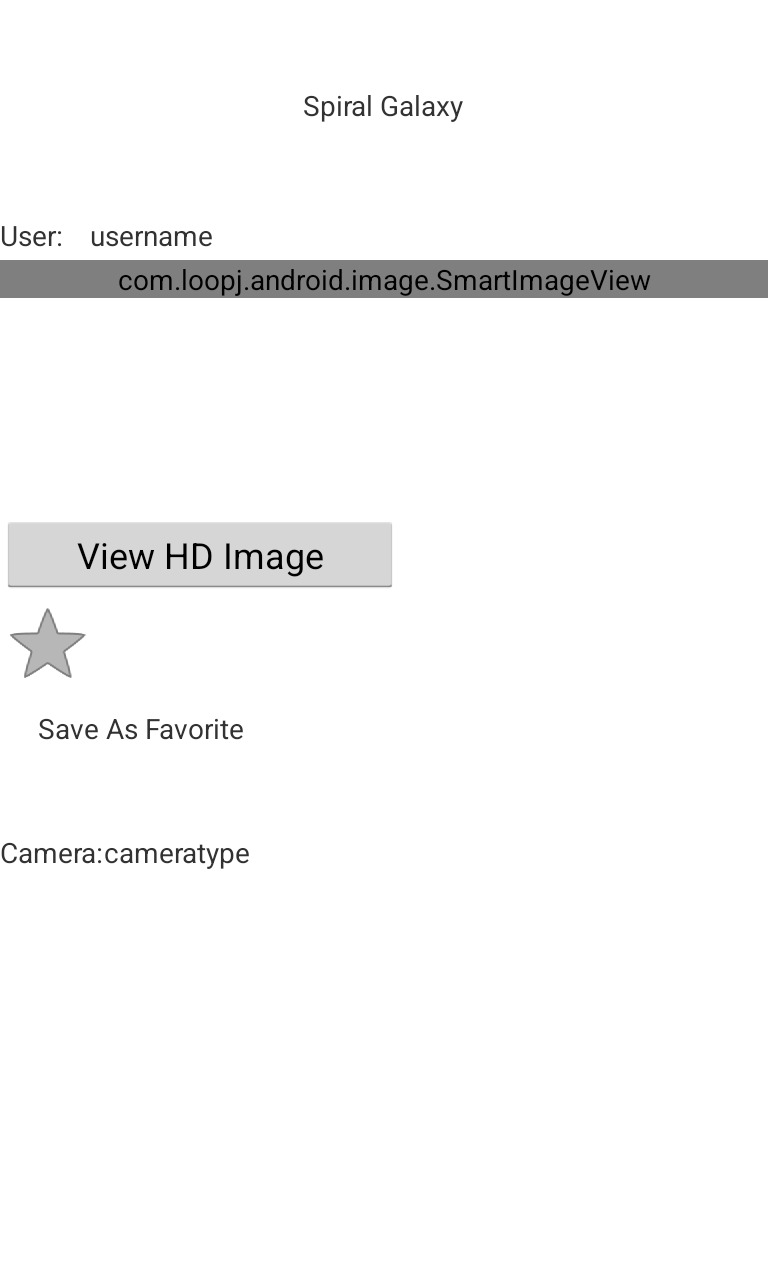
Repository: arianaantonio/Java2_Antonio
Layout: SpaceImageViewer/res/layout/details_activity.xml
An editor plug-in stored every save of this project. The layout is shown before and after the next save, followed by the edit.
Pictures or frames that could not be fetched are drawn as grey boxes. It is drawn on a 768 x 1280 px phone screen (xhdpi) without system bars, with theme AppTheme; the app's code is not run.

Above is the layout before, as saved 2014-07-17 05:47:34.

After the next save:
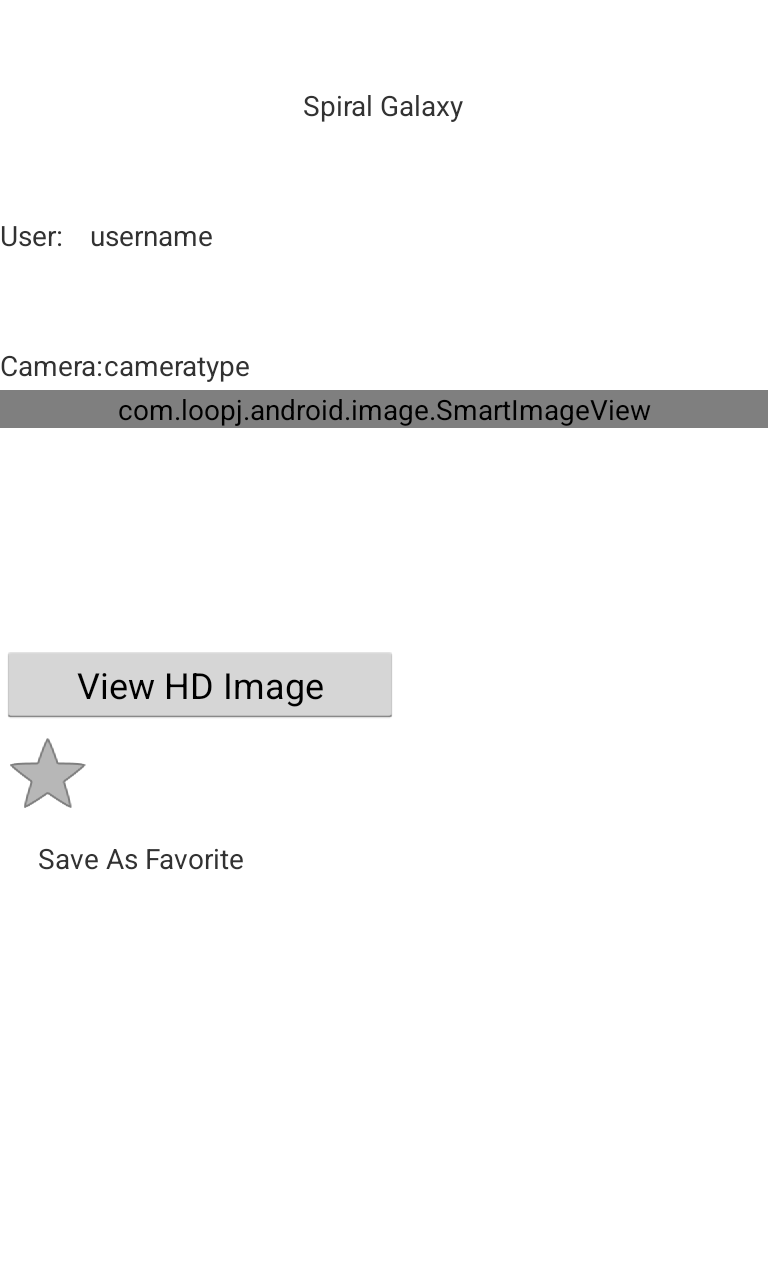
Saved 107 s later.
--- a/SpaceImageViewer/res/layout/details_activity.xml
+++ b/SpaceImageViewer/res/layout/details_activity.xml
@@ -5,7 +5,7 @@
     android:orientation="vertical" >
 
 	<RelativeLayout
-	    android:id="@+id/linearLayout1"
+	    android:id="@+id/relativeLayout1"
 	    android:layout_width="match_parent"
 	    android:layout_height="22dp"
 	    android:layout_gravity="center"
@@ -47,6 +47,26 @@
 	        android:text="username" />
 	</LinearLayout>
 
+	<LinearLayout
+	    android:id="@+id/linearLayout2"
+	    android:layout_width="144dp"
+	    android:layout_height="22dp"
+	    android:layout_marginTop="43dp"
+	    android:orientation="horizontal" >
+
+	    <TextView
+	        android:id="@+id/camera"
+	        android:layout_width="wrap_content"
+	        android:layout_height="wrap_content"
+	        android:text="@string/cameraString" />
+
+	    <TextView
+	        android:id="@+id/cameraType"
+	        android:layout_width="wrap_content"
+	        android:layout_height="wrap_content"
+	        android:text="cameratype" />
+	</LinearLayout>
+
     <com.loopj.android.image.SmartImageView
         android:id="@+id/my_image"
         android:layout_width="match_parent"
@@ -76,24 +96,5 @@
         android:layout_height="wrap_content"
         android:layout_marginLeft="19dp"
         android:text="@string/favorite" />
-	<LinearLayout
-	    android:id="@+id/linearLayout1"
-	    android:layout_width="144dp"
-	    android:layout_height="22dp"
-	    android:layout_marginTop="43dp"
-	    android:orientation="horizontal" >
-	    <TextView
-	        android:id="@+id/camera"
-	        android:layout_width="wrap_content"
-	        android:layout_height="wrap_content"
-	        android:text="@string/cameraString" />
-
-
-	    <TextView
-	        android:id="@+id/cameraType"
-	        android:layout_width="wrap_content"
-	        android:layout_height="wrap_content"
-	        android:text="cameratype" />
-    </LinearLayout>
 
 </LinearLayout>
